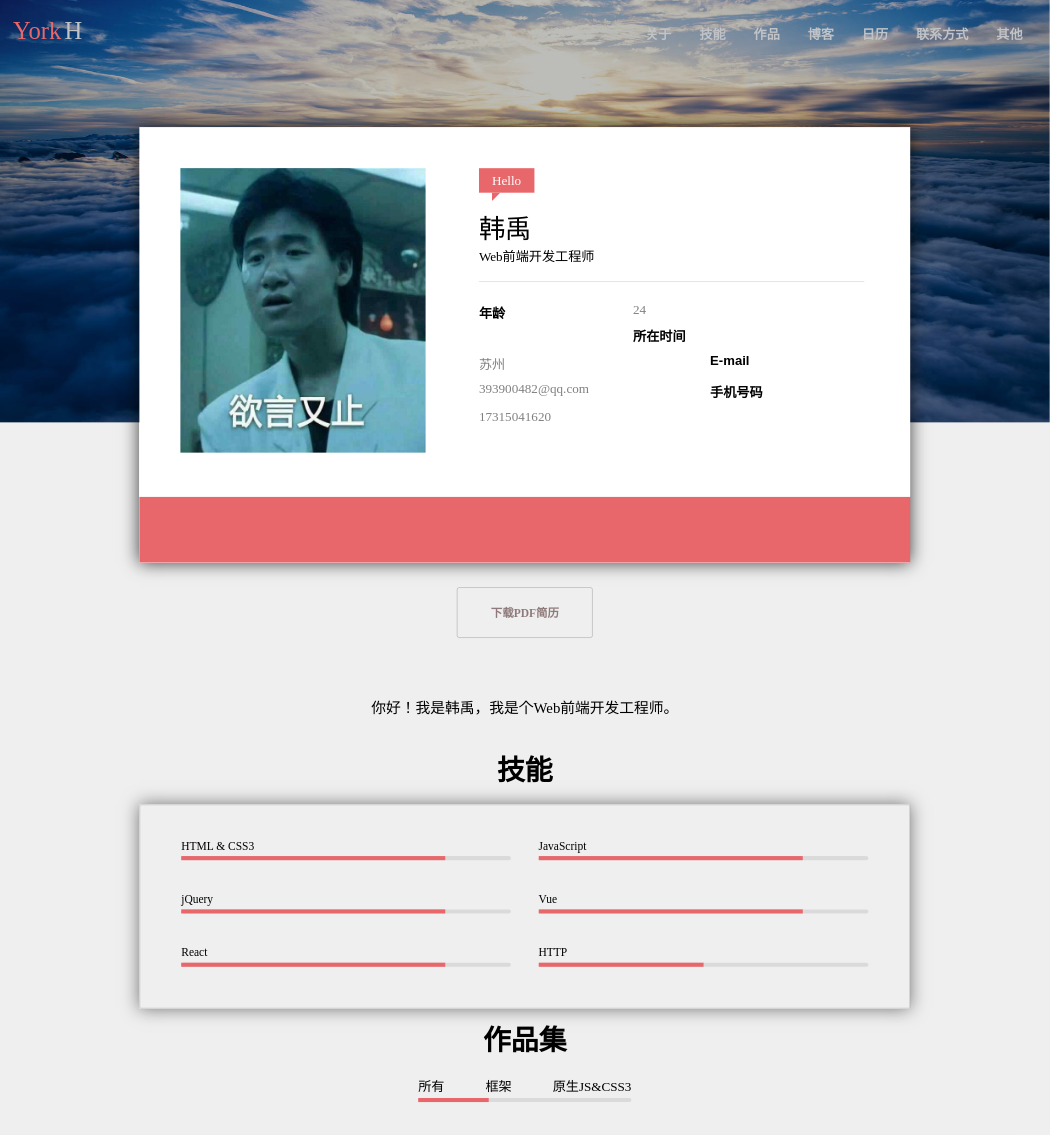
Repository: yorkHan/resume
Page: index.html
The author's editor kept a copy of each file at every save. The page is drawn from the files as they stood at one save, then again after the next save.
The browser window is 1280 px wide. The pictures show the whole page, at 82% of full size.

Above is the page before, as saved 2018-04-10 13:35:42.

After the next save:
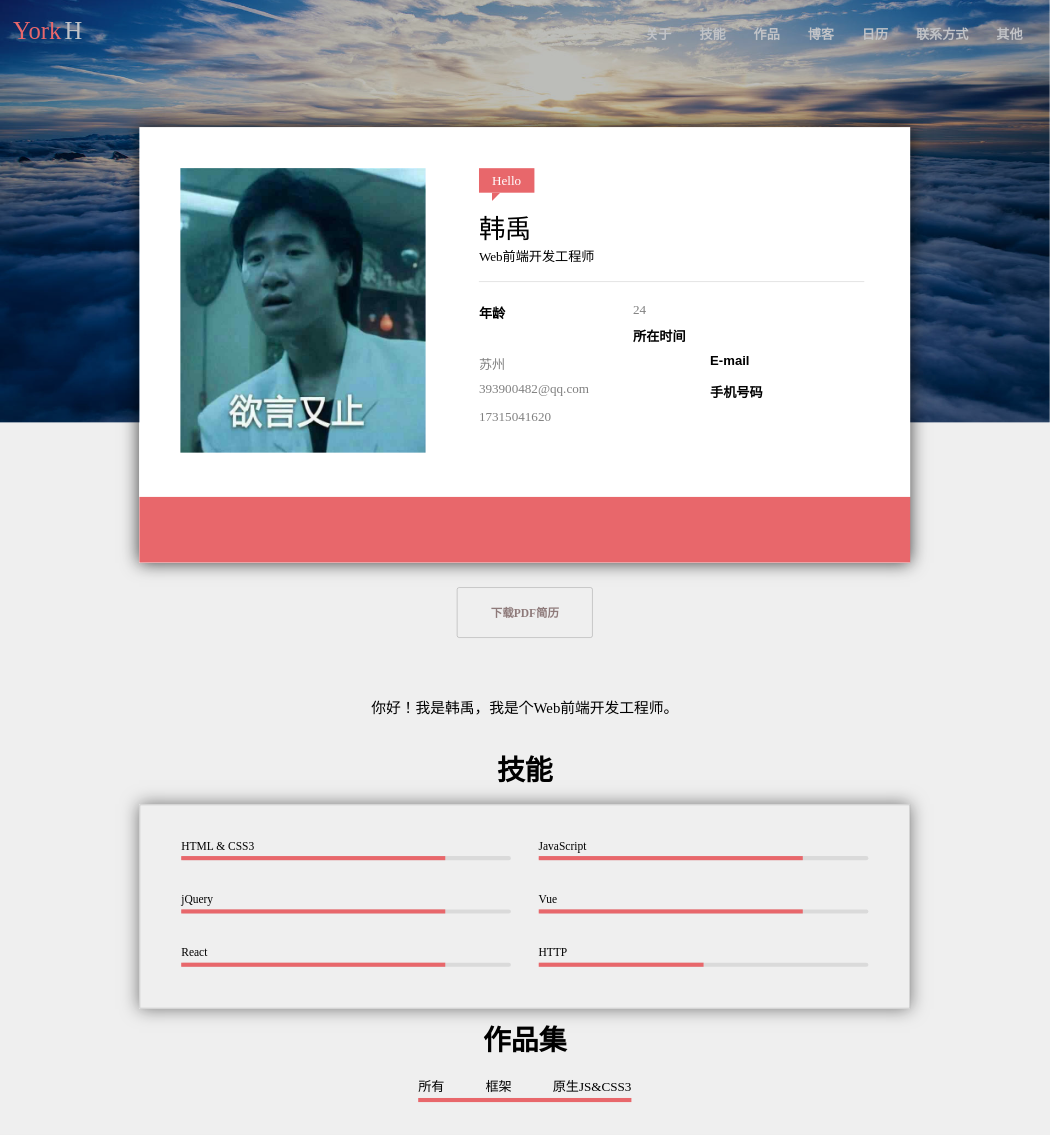
Saved 10 s later.
--- a/1.css
+++ b/1.css
@@ -248,7 +248,6 @@
 }
 section.portfolio>nav .bar .barInner{
     height: 100%;
-    width: 33%;
     background-color: #E8676B;
 }
 section.portfolio>nav .bar.state-1 .barInner{
